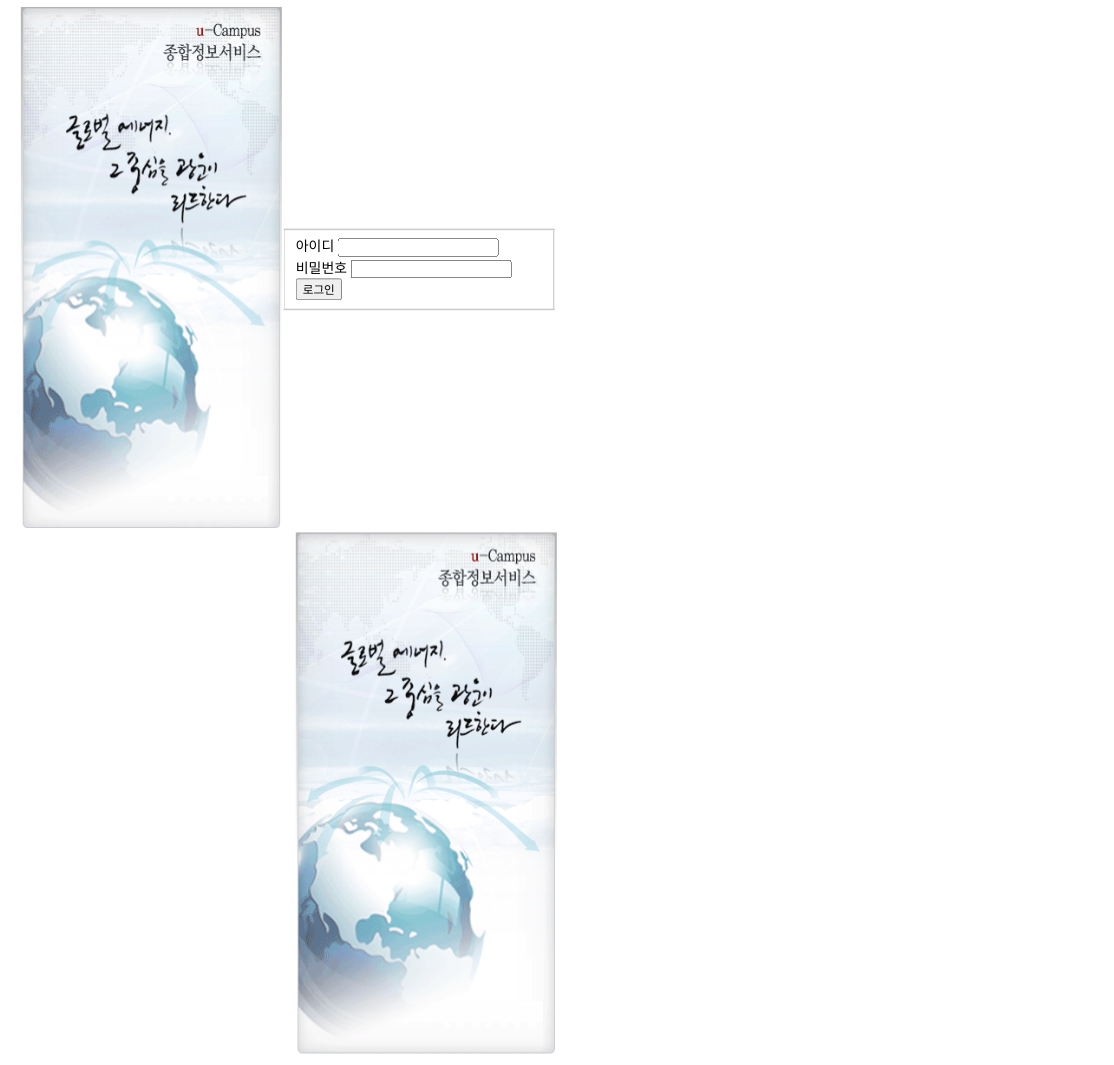
Repository: jungmintaeng/mini-ucampus
Page: ucam/WebContent/Login.html
An editor plug-in stored every save of this project. The page is shown before and after the next save, followed by the edit.
The browser window is 1280 px wide. The pictures show the whole page, at 87% of full size.

Above is the page before, as saved 2016-06-11 00:49:04.

### ucam/WebContent/Login.html
<!DOCTYPE html>
<html>
<head>
<meta charset="EUC-KR">
   <title> Ucampus Login </title>
</head>
<body>

<table width = "50%" cellpadding='0' cellspacing='0'>
<tr>
<td align="right"><font size="2"><img
src="images\image_intra01.gif" width ="300" height="600" border ="0">
</font></td>
<td align="left">
  <form action="Login.jsp" method="post">
  <fieldset>
   <label for="id">아이디</label>
   <input type="text" name="id" title="아이디"/>
   <br>
  <label for="pass">비밀번호</label>
   <input type="password" name="pw" title="비밀번호"/>
   <br>
   <input type="submit" value="로그인"/>
 </fieldset>
   </form>
</td>
</tr>
<tr>
<td></td>
<td align="right"><font size="2"><img
src="images\image_intra01.gif" width ="300" height="600" border ="0">
</font></td></tr>
</table>
</body>
</html>

After the next save:
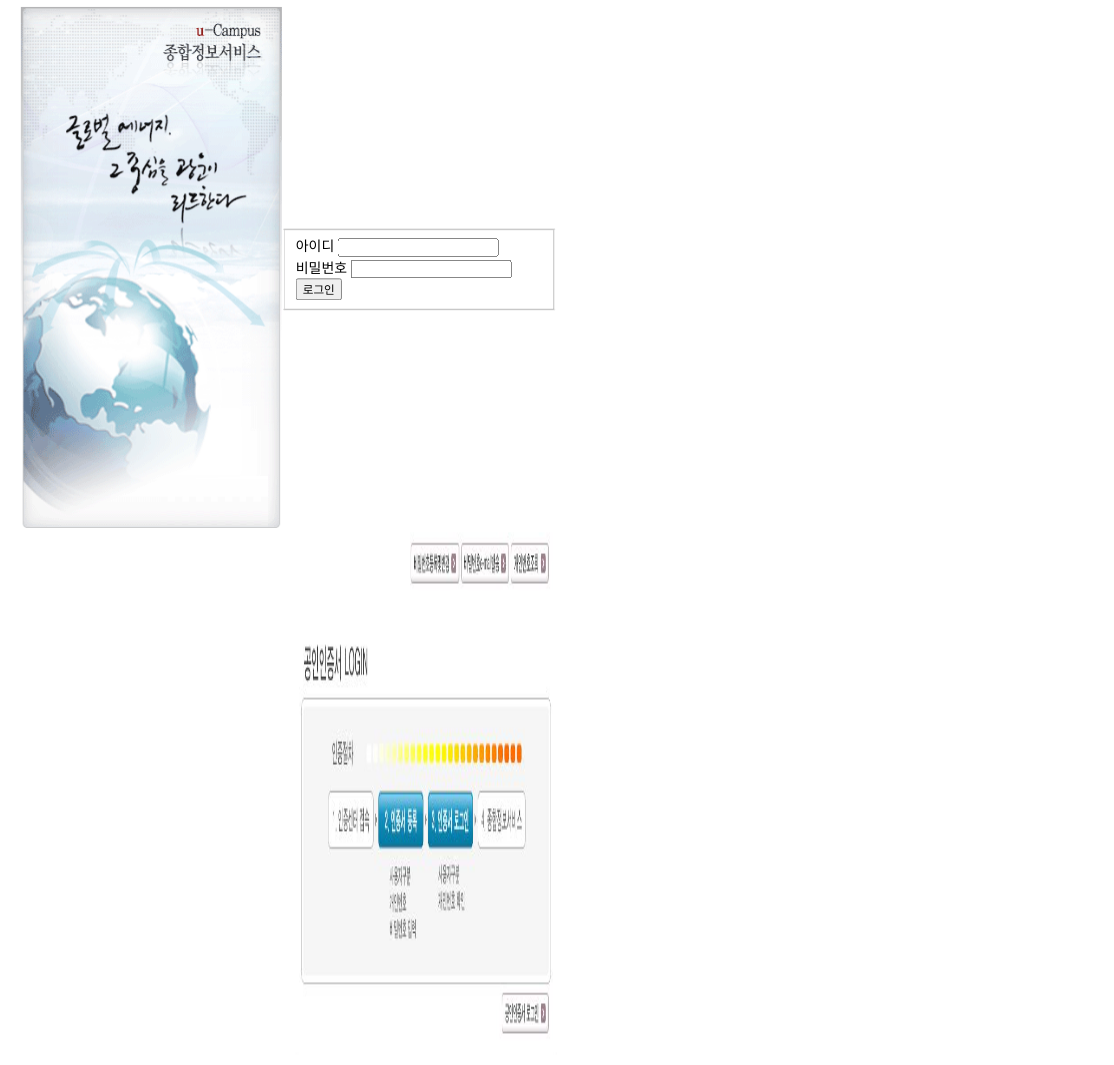
Saved 11 s later.
--- a/ucam/WebContent/Login.html
+++ b/ucam/WebContent/Login.html
@@ -28,7 +28,7 @@
 <tr>
 <td></td>
 <td align="right"><font size="2"><img
-src="images\image_intra01.gif" width ="300" height="600" border ="0">
+src="images\loginfake.jpg" width ="300" height="600" border ="0">
 </font></td></tr>
 </table>
 </body>
